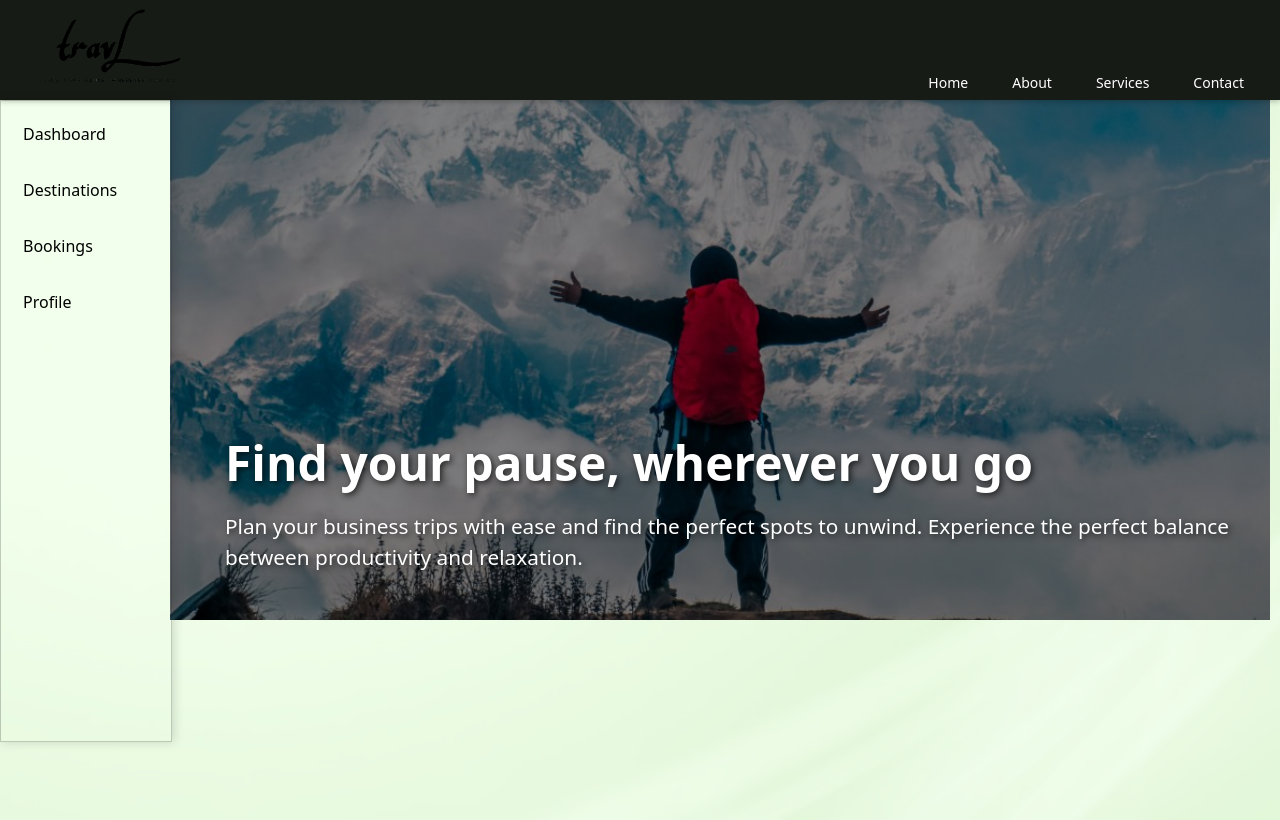
Repository: Nakib-Arman/Javafest25---travL
Page: / (app in Frontend/)
These files come from the project's save history. The page is drawn as it stood at one moment and after the next save; the edit follows.
The browser window is 1280 px wide. The pictures show the whole page.
Pictures or frames that could not be fetched are drawn as grey boxes. The project was rebuilt for these pictures with package versions that can differ from the ones it lists, and the page was loaded fresh each time. Also part of the build but not shown: Frontend/vite.config.js.

Above is the page before, as saved 2025-08-13 12:25:56.

After the next save:
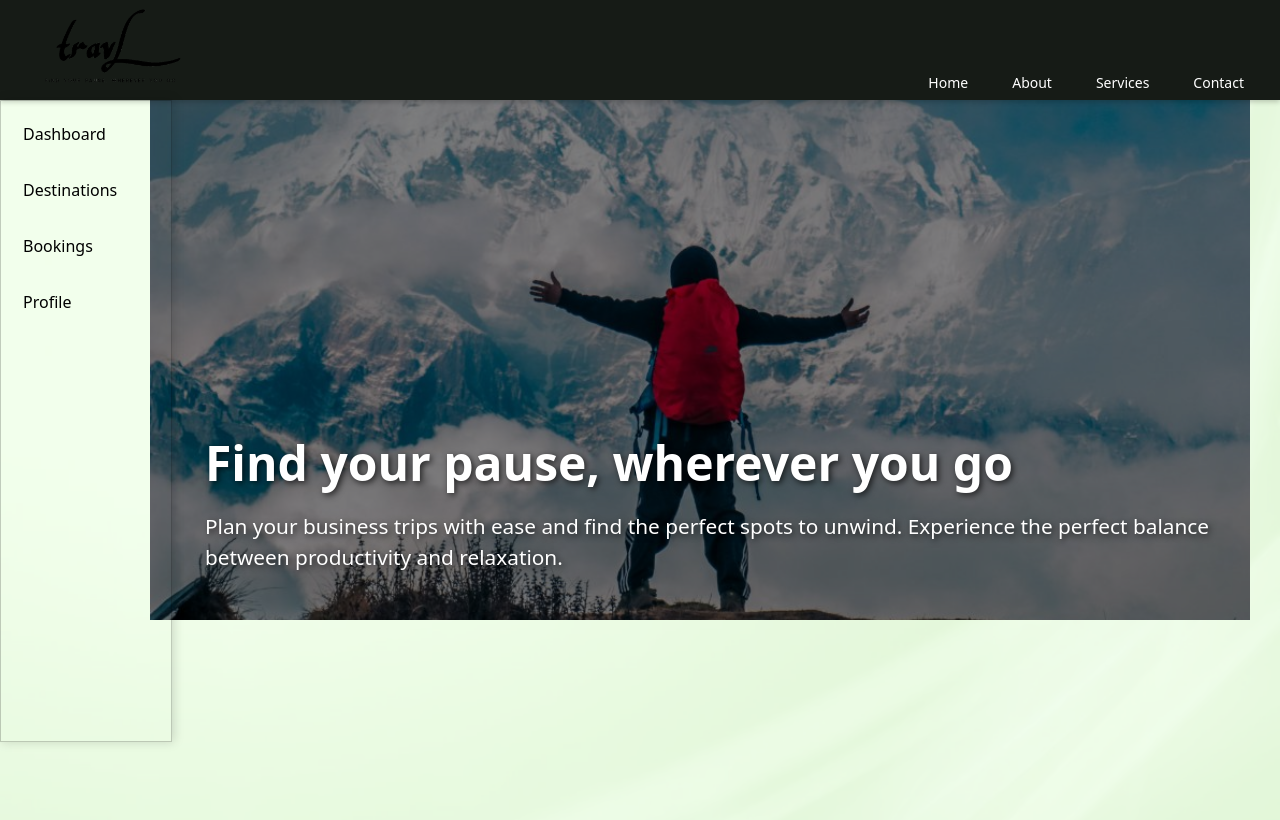
Saved 54 s later.
--- a/Frontend/src/CSS/Home.css
+++ b/Frontend/src/CSS/Home.css
@@ -34,7 +34,7 @@
     position: relative;
     margin-top: 100px;
     /* space for topbar */
-    margin-left: 170px;
+    margin-left: 150px;
     /* space for sidebar */
     width: calc(100% - 180px);
     height: calc(100% - 200px);
